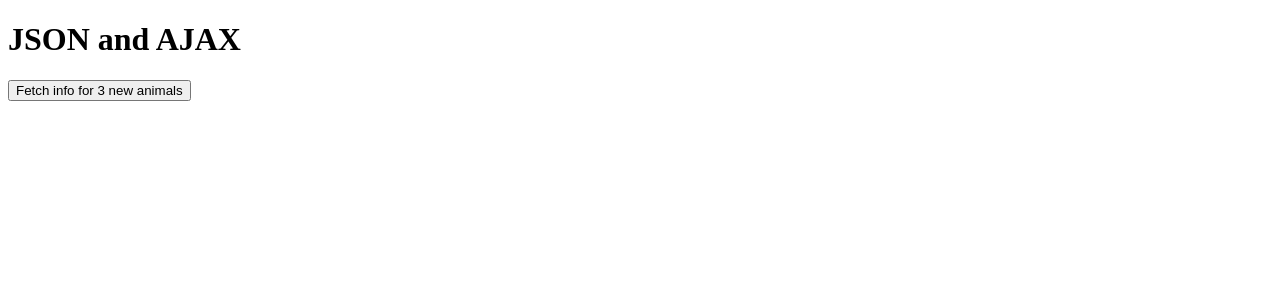
Repository: konstantin0s/JSON-and-Ajax
Page: index.html
An editor plug-in stored every save of this project. The page is shown before and after the next save, followed by the edit.
The browser window is 1280 px wide. The pictures show the whole page.

Above is the page before, as saved 2018-12-28 21:44:07.

After the next save:
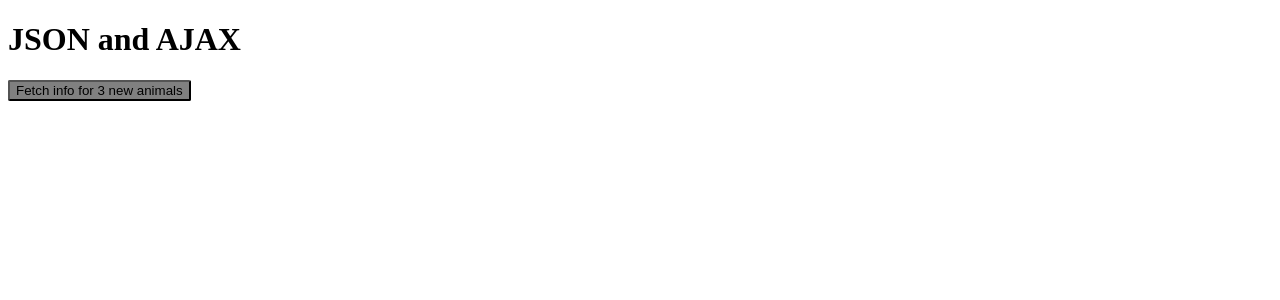
Saved 2 min 0 s later.
--- a/css/styles.css
+++ b/css/styles.css
@@ -1,3 +1,10 @@
 .hide-me {
   visibility: hidden;
 }
+
+#btn {
+  border-radius: 2px;
+  background-color: grey;
+
+
+}
